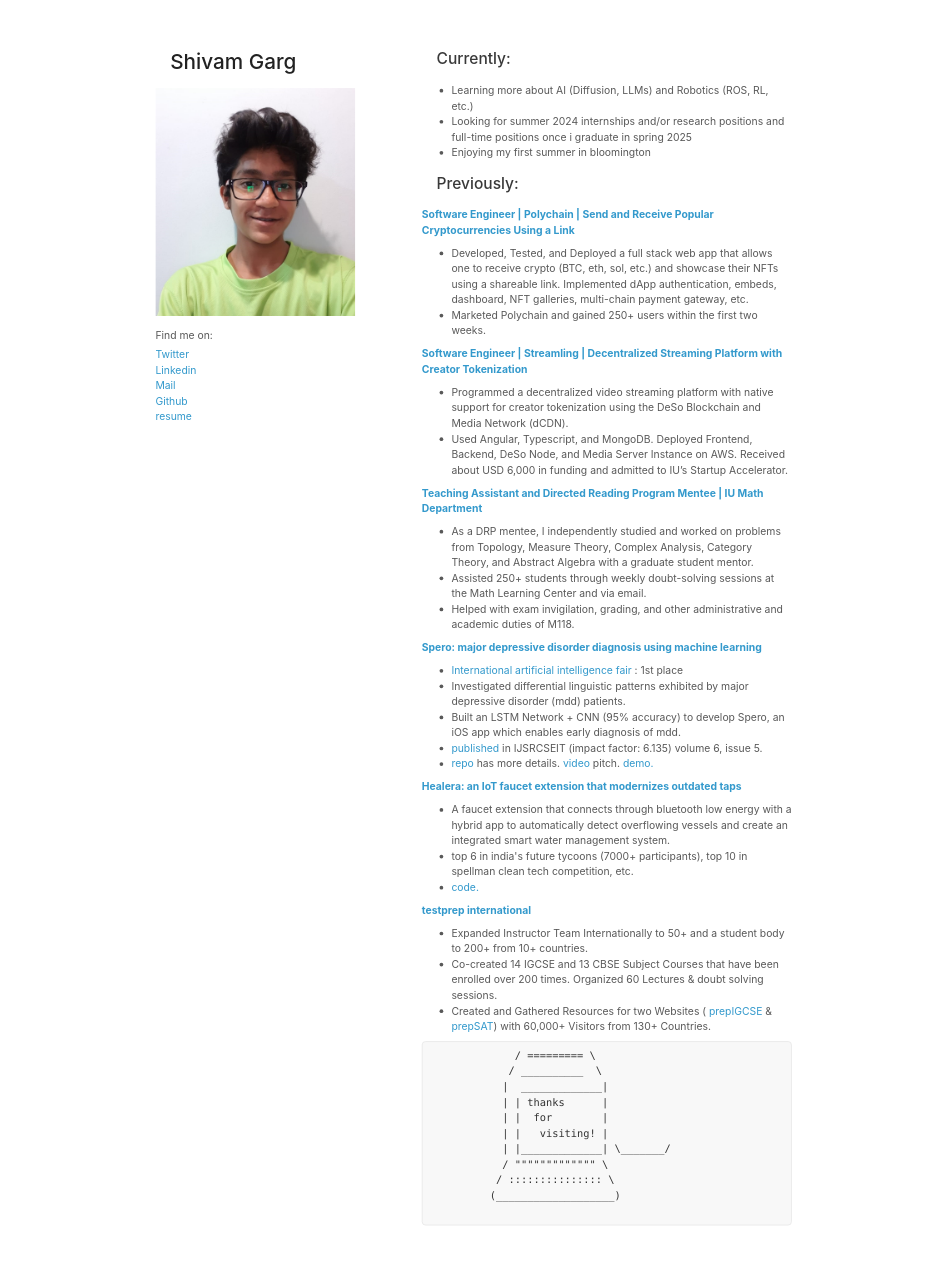
Repository: 22shivam/22shivam.github.io
Page: index.html
An editor plug-in stored every save of this project. The page is shown before and after a run of saves, followed by the edit.
The browser window is 1280 px wide. The pictures show the whole page, at 74% of full size.

Above is the page before, as saved 2024-06-17 19:21:29.

### index.html
<!doctype html>
<html>

<head>
  <meta charset="utf-8">
  <meta http-equiv="X-UA-Compatible" content="chrome=1">
  <title>Shivam Garg</title>

  <link rel="apple-touch-icon" sizes="180x180" href="assets/favicon/apple-touch-icon.png">
  <link rel="icon" type="image/png" sizes="32x32" href="assets/favicon/favicon-32x32.png">
  <link rel="icon" type="image/png" sizes="16x16" href="assets/favicon/favicon-16x16.png">
  <link rel="manifest" href="assets/favicon/site.webmanifest">
  <title>Shivam Garg</title>
  <meta charset="utf-8">
  <meta name="description" content="hi i am shivam! i love making and learning about new things">
  <meta name="keywords" content="Shivam Garg, Shivam, Personal Website, smgarg, Shivam Manish Garg">
  <link rel="author" href="https://plus.google.com/{{googlePlusId}}" />
  <!-- TODO: fix link below -->
  <link rel="canonical" href="/" />
  <meta name="author" content="Shivam Garg">


  <link rel="stylesheet" href="css/styles.css">
  <link rel="stylesheet" href="css/pygment_trac.css">
  <meta name="viewport" content="width=device-width">
  <!--[if lt IE 9]>
    <script src="//html5shiv.googlecode.com/svn/trunk/html5.js"></script>
    <![endif]-->
</head>

<body>
  <div class="wrapper">
    <header>
      <h1>Shivam Garg</h1>
      <img src="assets/publicPhoto.jpeg" alt="Shivam Garg" height="" width="">
      <p style="margin-bottom: 5px; margin-top: 10px;">Find me on:</p>
      <div class="view"><a href="https://twitter.com/smgarg_/" target="_blank">Twitter</a></div>
      <div class="view"><a href="https://www.linkedin.com/in/shivammgarg" target="_blank">Linkedin</a></div>
      <div class="view"><a href="mailto:shivamg2604@gmail.com" target="_blank">Mail</a></div>
      <div class="view"><a href="https://github.com/22shivam/" target="_blank">Github</a></div>
      <div class="view"><a href="/resume.pdf" target="_blank">resume</a></div>

    </header>
    <section>
      <h2>Currently:</h2>

      <ul>
        <li>Learning more about AI (Diffusion, LLMs) and Robotics (ROS, RL, etc.)</li>
        <li>Looking for summer 2024 internships and/or research positions and full-time positions once i graduate in
          spring 2025</li>
        <li>Enjoying my first summer in bloomington</li>
      </ul>


      <h2>Previously:</h2>

      <p><a href="#"><b>Software Engineer | Polychain | Send and Receive Popular Cryptocurrencies Using a Link</b></a>
      </p>
      <ul>
        <li> Developed, Tested, and Deployed a full stack web app that allows one to receive crypto (BTC, eth, sol,
          etc.) and
          showcase their NFTs using a shareable link. Implemented dApp authentication, embeds, dashboard, NFT galleries,
          multi-chain payment gateway, etc. </li>
        <li>Marketed Polychain and gained 250+ users within the first two weeks.</li>
      </ul>

      <p><a href="#"><b>Software Engineer | Streamling | Decentralized Streaming Platform with Creator
            Tokenization</b></a></p>
      <ul>
        <li>Programmed a decentralized video streaming platform with native support for creator tokenization using the
          DeSo
          Blockchain and Media Network (dCDN). </li>
        <li>Used Angular, Typescript, and MongoDB. Deployed Frontend, Backend, DeSo Node, and Media Server Instance on
          AWS. Received about USD 6,000 in funding and admitted to IU’s Startup Accelerator.</li>
      </ul>

      <p><a href="#"><b>Teaching Assistant and Directed Reading Program Mentee | IU Math Department</b></a></p>
      <ul>
        <li>As a DRP mentee, I independently studied and worked on problems from Topology, Measure Theory, Complex
          Analysis, Category Theory, and Abstract Algebra with a graduate student mentor. </li>
        <li>Assisted 250+ students through weekly doubt-solving sessions at the Math Learning Center and via email.</li>
        <li>Helped with exam invigilation, grading, and other administrative and academic duties of M118.</li>
      </ul>

      <p><a href="#"><b>Spero: major depressive disorder diagnosis using machine learning</b></a></p>
      <ul>
        <li><a href="https://www.facebook.com/watch/?v=3315503535234343" target="_blanket">International artificial
            intelligence fair </a>: 1st place</li>
        <li> Investigated differential linguistic patterns exhibited by major depressive disorder (mdd) patients. </li>
        <li> Built an LSTM Network + CNN (95% accuracy) to develop Spero, an iOS app which enables early diagnosis of
          mdd. </li>
        <li> <a href="https://drive.google.com/file/d/13emORumQpy178YOz-o1TLWc3oEMG_0Zk/view?usp=sharing"
            target="_blank">published</a> in IJSRCSEIT (impact factor: 6.135) volume 6, issue 5. </li>
        <li><a href="https://github.com/yumibyte/DepressionAnalysisApp" target="_blank">repo</a> has more details. <a
            href="https://youtu.be/BRpB7O93rG8" target="_blank">video </a>pitch. <a
            href="https://drive.google.com/file/d/1xZBEsI2Kvl0hXr1HkGOkEOxA6GYMHvkU/view?usp=sharing"
            target="_blank">demo.</a></li>
      </ul>

      <p><a href="#"><b>Healera: an IoT faucet extension that modernizes outdated taps</b></a></p>
      <ul>
        <li> A faucet extension that connects through bluetooth low energy with a hybrid app to automatically detect
          overflowing vessels and create an integrated smart water management system. </li>
        <li>top 6 in india's future tycoons (7000+ participants), top 10 in spellman clean tech competition, etc.</li>
        <li><a href="https://create.arduino.cc/editor/shivam26/1d686c51-6e04-4531-b3fc-80d3e8be87ea/preview"
            target="_blank">code.</a> </li>
      </ul>

      <p><a href="https://testprepintl.wixsite.com/testprep" target="_blank"><b>testprep international</b></a></p>
      <ul>
        <li>Expanded Instructor Team Internationally to 50+ and a student body to 200+ from 10+ countries.</li>
        <li>Co-created 14 IGCSE and 13 CBSE Subject Courses that have been enrolled over 200 times. Organized 60
          Lectures & doubt solving sessions. </li>
        <li>Created and Gathered Resources for two Websites ( <a href="https://igcse.school.blog/"
            target="_blank">prepIGCSE</a> & <a href="https://prepsatinfo.wordpress.com/" target="_blank">prepSAT</a>)
          with 60,000+ Visitors from 130+ Countries. </li>
      </ul>

      <!-- <p><a href="https://covidhope.litcot.org/" target="_blank"><b>the covidhope initiative</b></a></p>
      <ul>
        <li>recruited 17 editors and designers for the 216-page anthology and oversaw internal operations.</li>
        <li>released anthology in several online stores.</li>
        <li>recognised by <a
            href="https://www.unmgcy.org/youth-initiatives/2020/9/9/the-covidhope-initiative?fbclid=IwAR1hHeQ0HqLZF7lZqmeBwSabEhB1bpDe8zFZsVwr8dct0wwqOb93iT0AzrM"
            target="_blank">united nations major group for children and youth</a> and WHO's weekly operational update on
          covid-19 (<a
            href="https://www.who.int/publications/m/item/weekly-operational-update-on-covid-19---24-may-2021"
            target="_blank">issue 56</a>, page 7).</li>
      </ul> -->

      <!-- <p><a href="#"><b>this is actually a title placeholder</b></a></p>
        <ul>
            <li>bullet <b>1</b></li>
            <li>bullet 2</li>
            <li>bullet 3</li>
        </ul> -->

      <!-- <h1>essays:</h1>
      &#10024; fun stuff coming soon &#10024;
      <br>
      <br>

      <h1>reading list</h1>
      <ul>
        <li>the psychology of money by morgan housel </li>
        <li>the almanack of naval ravikant by eric jorgenson</li>
      </ul> -->

      <!-- <h1>random:</h1>
          <ul>
            <li>random 1:</li>
            <li>random 2:</li>
            <li>random 3:</li>
          </ul>

          <h1>features:</h1>
          <ul>
            <li>feature 1:</li>
            <li>feature 2:</li>
            <li>feature 3:</li>
          </ul>

          <h1>gallery:</h1>
          <ul>
            <li>feature 1:</li>
            <li>feature 2:</li>
            <li>feature 3:</li>
          </ul> -->




      <pre>
             / ========= \
            / __________  \
           |  _____________|
           | | thanks      |
           | |  for        |
           | |   visiting! |
           | |_____________| \_______/
           / """"""""""""" \
          / ::::::::::::::: \
         (___________________)
        </pre>
    </section>
    <footer>
      <!-- <p><small>Last Updated: August 21, 2021</small></p> -->
    </footer>
  </div>
  <script src="js/scale.fix.js"></script>
</body>

</html>

### css/styles.css
body {
  background-color: #fff;
  padding:40px;
  font: 14px/1.5 -apple-system, BlinkMacSystemFont, "Segoe UI", Roboto, Oxygen, Ubuntu, Cantarell, "Fira Sans", "Droid Sans", "Helvetica Neue", Arial, sans-serif, "Apple Color Emoji", "Segoe UI Emoji", "Segoe UI Symbol";
  color:#595959;
  font-weight:400;
}

h1, h2, h3, h4, h5, h6 {
  color:#222;
  margin:20px;
}

p, ul, ol, table, pre, dl {
  margin:0 0 10px;
}

h1, h2, h3 {
  line-height:1.1;
}

h1 {
  font-size:28px;
  font-weight: 500;
}

h2 {
  color:#393939;
  font-weight: 500;
}

h3, h4, h5, h6 {
  color:#494949;
  font-weight: 500;
}

a {
  color:#39c;
  text-decoration:none;
}

a:hover {
  color:#069;
}

a small {
  font-size:11px;
  color:#777;
  margin-top:-0.3em;
  display:block;
}

a:hover small {
  color:#777;
}

.wrapper {
  width:860px;
  margin:0 auto;
}

blockquote {
  border-left:1px solid #e5e5e5;
  margin:0;
  padding:0 0 0 20px;
  font-style:italic;
}

code, pre {
  font-family:Monaco, Bitstream Vera Sans Mono, Lucida Console, Terminal, Consolas, Liberation Mono, DejaVu Sans Mono, Courier New, monospace;
  color:#333;
}

pre {
  padding:8px 15px;
  background: #f8f8f8;
  border-radius:5px;
  border:1px solid #e5e5e5;
  overflow-x: auto;
}

table {
  width:100%;
  border-collapse:collapse;
}

th, td {
  text-align:left;
  padding:5px 10px;
  border-bottom:1px solid #e5e5e5;
}

dt {
  color:#444;
  font-weight:500;
}

th {
  color:#444;
}

img {
  max-width:100%;
}

header {
  width:270px;
  float:left;
  position:fixed;
  -webkit-font-smoothing:subpixel-antialiased;
}

header ul {
  list-style:none;
  height:40px;
  padding:0;
  background: #f4f4f4;
  border-radius:5px;
  border:1px solid #e0e0e0;
  width:270px;
}

header li {
  width:89px;
  float:left;
  border-right:1px solid #e0e0e0;
  height:40px;
}

header li:first-child a {
  border-radius:5px 0 0 5px;
}

header li:last-child a {
  border-radius:0 5px 5px 0;
}

header ul a {
  line-height:1;
  font-size:11px;
  color:#999;
  display:block;
  text-align:center;
  padding-top:6px;
  height:34px;
}

header ul a:hover {
  color:#999;
}

header ul a:active {
  background-color:#f0f0f0;
}

strong {
  color:#222;
  font-weight:500;
}

header ul li + li + li {
  border-right:none;
  width:89px;
}

header ul a strong {
  font-size:14px;
  display:block;
  color:#222;
}

section {
  width:500px;
  float:right;
  padding-bottom:50px;
}

small {
  font-size:11px;
}

hr {
  border:0;
  background:#e5e5e5;
  height:1px;
  margin:0 0 20px;
}

footer {
  width:270px;
  float:left;
  position:fixed;
  bottom:50px;
  -webkit-font-smoothing:subpixel-antialiased;
}

@media print, screen and (max-width: 960px) {

  div.wrapper {
    width:auto;
    margin:0;
  }

  header, section, footer {
    float:none;
    position:static;
    width:auto;
  }

  header {
    padding-right:320px;
  }

  section {
    border:1px solid #e5e5e5;
    border-width:1px 0;
    padding:20px 0;
    margin:0 0 20px;
  }

  header a small {
    display:inline;
  }

  header ul {
    position:absolute;
    right:50px;
    top:52px;
  }
}

@media print, screen and (max-width: 720px) {
  body {
    word-wrap:break-word;
  }

  header {
    padding:0;
  }

  header ul, header p.view {
    position:static;
  }

  pre, code {
    word-wrap:normal;
  }
}

@media print, screen and (max-width: 480px) {
  body {
    padding:15px;
  }

  header ul {
    width:99%;
  }

  header li, header ul li + li + li {
    width:33%;
  }
}

@media print {
  body {
    padding:0.4in;
    font-size:12pt;
    color:#444;
  }
}

### css/pygment_trac.css
.highlight  { background: #ffffff; }
.highlight .c { color: #999988; font-style: italic } /* Comment */
.highlight .err { color: #a61717; background-color: #e3d2d2 } /* Error */
.highlight .k { font-weight: bold } /* Keyword */
.highlight .o { font-weight: bold } /* Operator */
.highlight .cm { color: #999988; font-style: italic } /* Comment.Multiline */
.highlight .cp { color: #999999; font-weight: bold } /* Comment.Preproc */
.highlight .c1 { color: #999988; font-style: italic } /* Comment.Single */
.highlight .cs { color: #999999; font-weight: bold; font-style: italic } /* Comment.Special */
.highlight .gd { color: #000000; background-color: #ffdddd } /* Generic.Deleted */
.highlight .gd .x { color: #000000; background-color: #ffaaaa } /* Generic.Deleted.Specific */
.highlight .ge { font-style: italic } /* Generic.Emph */
.highlight .gr { color: #aa0000 } /* Generic.Error */
.highlight .gh { color: #999999 } /* Generic.Heading */
.highlight .gi { color: #000000; background-color: #ddffdd } /* Generic.Inserted */
.highlight .gi .x { color: #000000; background-color: #aaffaa } /* Generic.Inserted.Specific */
.highlight .go { color: #888888 } /* Generic.Output */
.highlight .gp { color: #555555 } /* Generic.Prompt */
.highlight .gs { font-weight: bold } /* Generic.Strong */
.highlight .gu { color: #800080; font-weight: bold; } /* Generic.Subheading */
.highlight .gt { color: #aa0000 } /* Generic.Traceback */
.highlight .kc { font-weight: bold } /* Keyword.Constant */
.highlight .kd { font-weight: bold } /* Keyword.Declaration */
.highlight .kn { font-weight: bold } /* Keyword.Namespace */
.highlight .kp { font-weight: bold } /* Keyword.Pseudo */
.highlight .kr { font-weight: bold } /* Keyword.Reserved */
.highlight .kt { color: #445588; font-weight: bold } /* Keyword.Type */
.highlight .m { color: #009999 } /* Literal.Number */
.highlight .s { color: #d14 } /* Literal.String */
.highlight .na { color: #008080 } /* Name.Attribute */
.highlight .nb { color: #0086B3 } /* Name.Builtin */
.highlight .nc { color: #445588; font-weight: bold } /* Name.Class */
.highlight .no { color: #008080 } /* Name.Constant */
.highlight .ni { color: #800080 } /* Name.Entity */
.highlight .ne { color: #990000; font-weight: bold } /* Name.Exception */
.highlight .nf { color: #990000; font-weight: bold } /* Name.Function */
.highlight .nn { color: #555555 } /* Name.Namespace */
.highlight .nt { color: #000080 } /* Name.Tag */
.highlight .nv { color: #008080 } /* Name.Variable */
.highlight .ow { font-weight: bold } /* Operator.Word */
.highlight .w { color: #bbbbbb } /* Text.Whitespace */
.highlight .mf { color: #009999 } /* Literal.Number.Float */
.highlight .mh { color: #009999 } /* Literal.Number.Hex */
.highlight .mi { color: #009999 } /* Literal.Number.Integer */
.highlight .mo { color: #009999 } /* Literal.Number.Oct */
.highlight .sb { color: #d14 } /* Literal.String.Backtick */
.highlight .sc { color: #d14 } /* Literal.String.Char */
.highlight .sd { color: #d14 } /* Literal.String.Doc */
.highlight .s2 { color: #d14 } /* Literal.String.Double */
.highlight .se { color: #d14 } /* Literal.String.Escape */
.highlight .sh { color: #d14 } /* Literal.String.Heredoc */
.highlight .si { color: #d14 } /* Literal.String.Interpol */
.highlight .sx { color: #d14 } /* Literal.String.Other */
.highlight .sr { color: #009926 } /* Literal.String.Regex */
.highlight .s1 { color: #d14 } /* Literal.String.Single */
.highlight .ss { color: #990073 } /* Literal.String.Symbol */
.highlight .bp { color: #999999 } /* Name.Builtin.Pseudo */
.highlight .vc { color: #008080 } /* Name.Variable.Class */
.highlight .vg { color: #008080 } /* Name.Variable.Global */
.highlight .vi { color: #008080 } /* Name.Variable.Instance */
.highlight .il { color: #009999 } /* Literal.Number.Integer.Long */

.type-csharp .highlight .k { color: #0000FF }
.type-csharp .highlight .kt { color: #0000FF }
.type-csharp .highlight .nf { color: #000000; font-weight: normal }
.type-csharp .highlight .nc { color: #2B91AF }
.type-csharp .highlight .nn { color: #000000 }
.type-csharp .highlight .s { color: #A31515 }
.type-csharp .highlight .sc { color: #A31515 }

Loaded but not shown: js/scale.fix.js (common file)

After the next 2 saves:
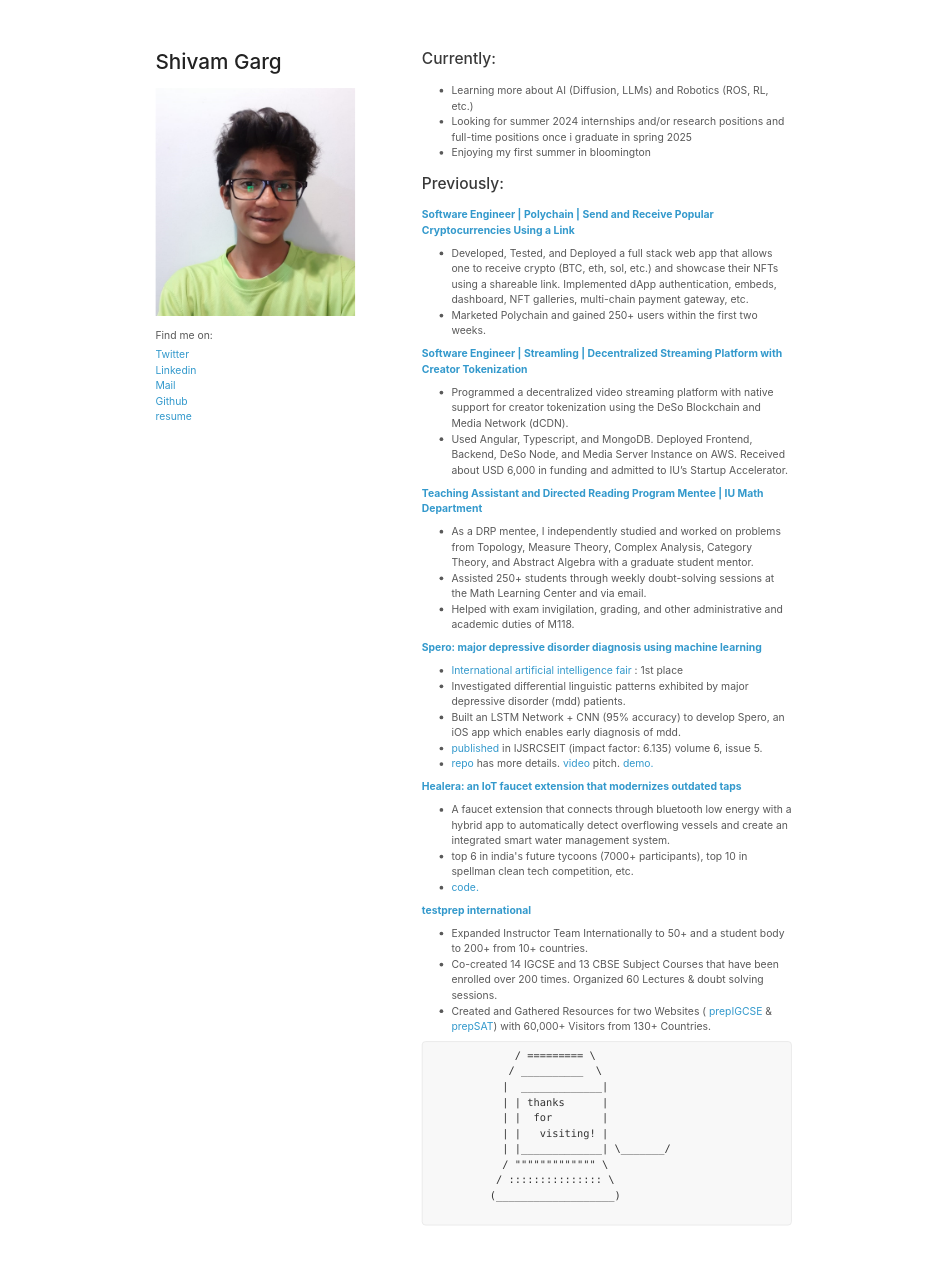
The 2 saves are shown as one change because they came seconds apart.
The last was saved 42 s later.
--- a/css/styles.css
+++ b/css/styles.css
@@ -8,7 +8,7 @@ body {
 
 h1, h2, h3, h4, h5, h6 {
   color:#222;
-  margin:20px;
+  margin:20px 0 20px 0;
 }
 
 p, ul, ol, table, pre, dl {
